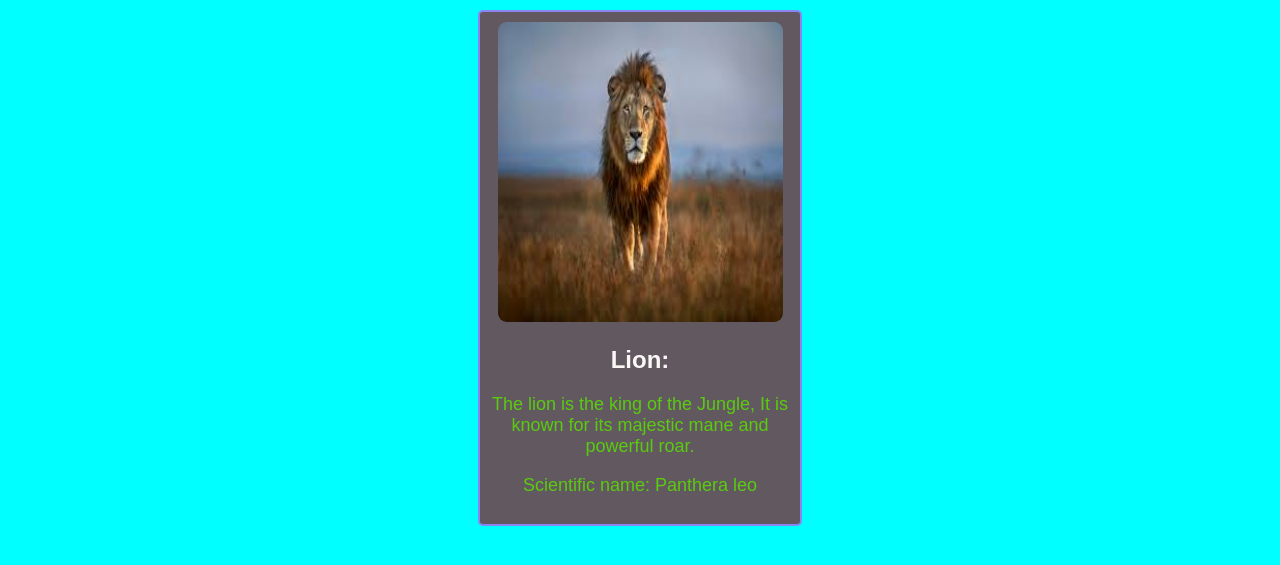
Repository: KingBoyMaylow/Animal-trading-card
Page: index.html
An editor plug-in stored every save of this project. The page is shown before and after the next save, followed by the edit.
The browser window is 1280 px wide. The pictures show the whole page.

Above is the page before, as saved 2024-05-13 22:22:19.

After the next save:
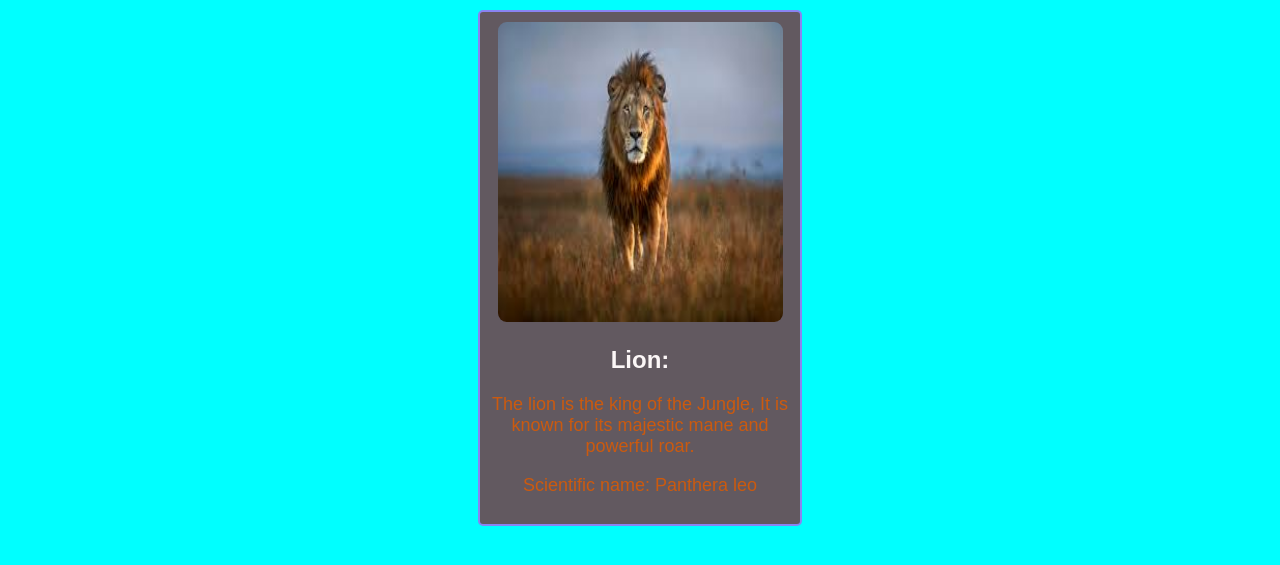
Saved 26 s later.
--- a/index.html
+++ b/index.html
@@ -29,7 +29,7 @@
         color: #fcf7f7;
     }
     .card p {
-        color: #5acb0f;
+        color: #cb5a0f;
         font-size: large;
     }
 </style>
